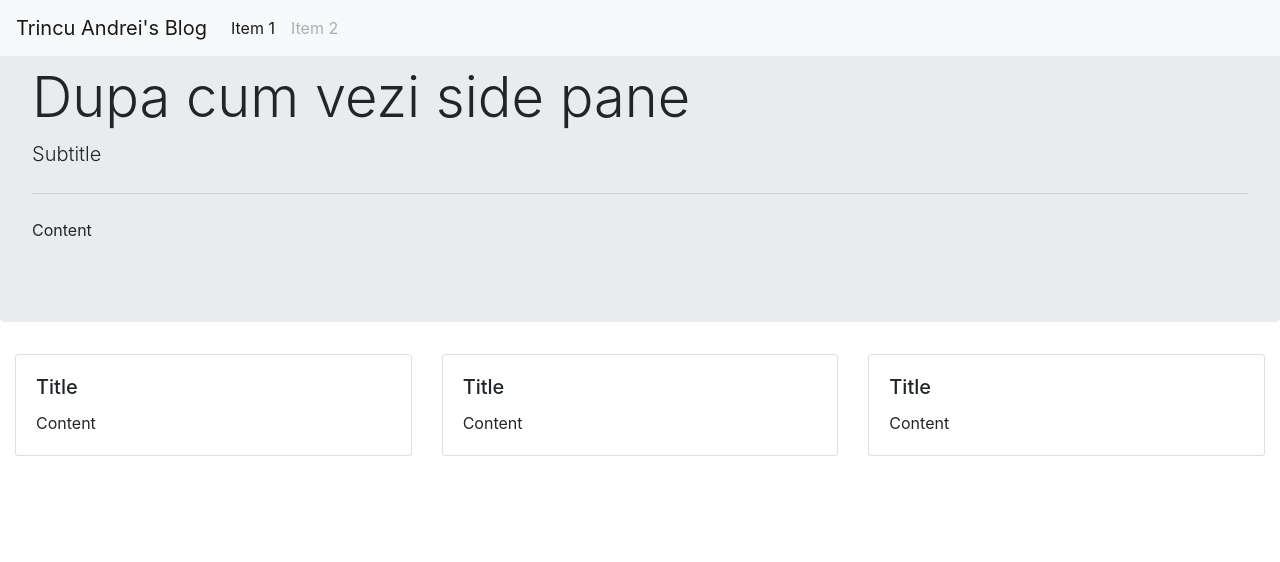
Repository: nicolasolo/bitesizecoding.space
Page: index.html
An editor plug-in stored every save of this project. The page is shown before and after the next save, followed by the edit.
The browser window is 1280 px wide. The pictures show the whole page.

Above is the page before, as saved 2020-04-09 17:04:07.

### index.html
<!DOCTYPE html>
<html lang="en">
<head>
    <meta charset="UTF-8">
    <meta name="viewport" content="width=device-width, initial-scale=1.0">
    <title>Trincu-Andrei</title>
    <link rel="stylesheet" href="https://stackpath.bootstrapcdn.com/bootstrap/4.4.1/css/bootstrap.min.css" integrity="sha384-Vkoo8x4CGsO3+Hhxv8T/Q5PaXtkKtu6ug5TOeNV6gBiFeWPGFN9MuhOf23Q9Ifjh" crossorigin="anonymous">

    <link rel="stylesheet" href="css/index.css">
</head>
<body>
<header>
<nav class="navbar navbar-expand-lg navbar-light bg-light fixed-top">
    <a class="navbar-brand">Trincu Andrei's Blog</a>
    <button class="navbar-toggler" data-target="#my-nav" data-toggle="collapse" aria-controls="my-nav" aria-expanded="false" aria-label="Toggle navigation">
        <span class="navbar-toggler-icon"></span>
    </button>
    <div id="my-nav" class="collapse navbar-collapse">
        <ul class="navbar-nav mr-auto">
            <li class="nav-item active">
                <a class="nav-link" href="#">Item 1 <span class="sr-only">(current)</span></a>
            </li>
            <li class="nav-item">
                <a class="nav-link disabled" href="#" tabindex="-1" aria-disabled="true">Item 2</a>
            </li>
        </ul>
    </div>
</nav>

</header>
<main>
    <div>
        <div class="jumbotron">
            <h1 class="display-4">Dupa cum vezi side pane</h1>
            <p class="lead">Subtitle</p>
            <hr class="my-4">
            <p>Content</p>
        </div>
    </div>
<div class="container-fluid">
    <div class="row">
<div class="col-4">
    <div class="card">
        <img class="card-img-top" src="" alt="">
        <div class="card-body">
            <h5 class="card-title">Title</h5>
            <p class="card-text">Content</p>
        </div>
        <img class="card-img-bottom" src="" alt="">
    </div>
</div>
<div class="col-4">
    <div class="card">
        <img class="card-img-top" src="" alt="">
        <div class="card-body">
            <h5 class="card-title">Title</h5>
            <p class="card-text">Content</p>
        </div>
        <img class="card-img-bottom" src="" alt="">
    </div>
</div>
<div class="col-4">
    <div class="card">
        <img class="card-img-top" src="" alt="">
        <div class="card-body">
            <h5 class="card-title">Title</h5>
            <p class="card-text">Content</p>
        </div>
        <img class="card-img-bottom" src="" alt="">
    </div>
</div>
    </div>

</div>
</main>




<script src="https://code.jquery.com/jquery-3.4.1.slim.min.js" integrity="sha384-J6qa4849blE2+poT4WnyKhv5vZF5SrPo0iEjwBvKU7imGFAV0wwj1yYfoRSJoZ+n" crossorigin="anonymous"></script>
<script src="https://cdn.jsdelivr.net/npm/popper.js@1.16.0/dist/umd/popper.min.js" integrity="sha384-Q6E9RHvbIyZFJoft+2mJbHaEWldlvI9IOYy5n3zV9zzTtmI3UksdQRVvoxMfooAo" crossorigin="anonymous"></script>
<script src="https://stackpath.bootstrapcdn.com/bootstrap/4.4.1/js/bootstrap.min.js" integrity="sha384-wfSDF2E50Y2D1uUdj0O3uMBJnjuUD4Ih7YwaYd1iqfktj0Uod8GCExl3Og8ifwB6" crossorigin="anonymous"></script>
    <script src="./js/custom.js"></script>
</body>
</html>

Loaded but not shown: css/index.css (no stored copy; drawn as an empty file); js/custom.js (no stored copy; drawn as an empty file)

After the next save:
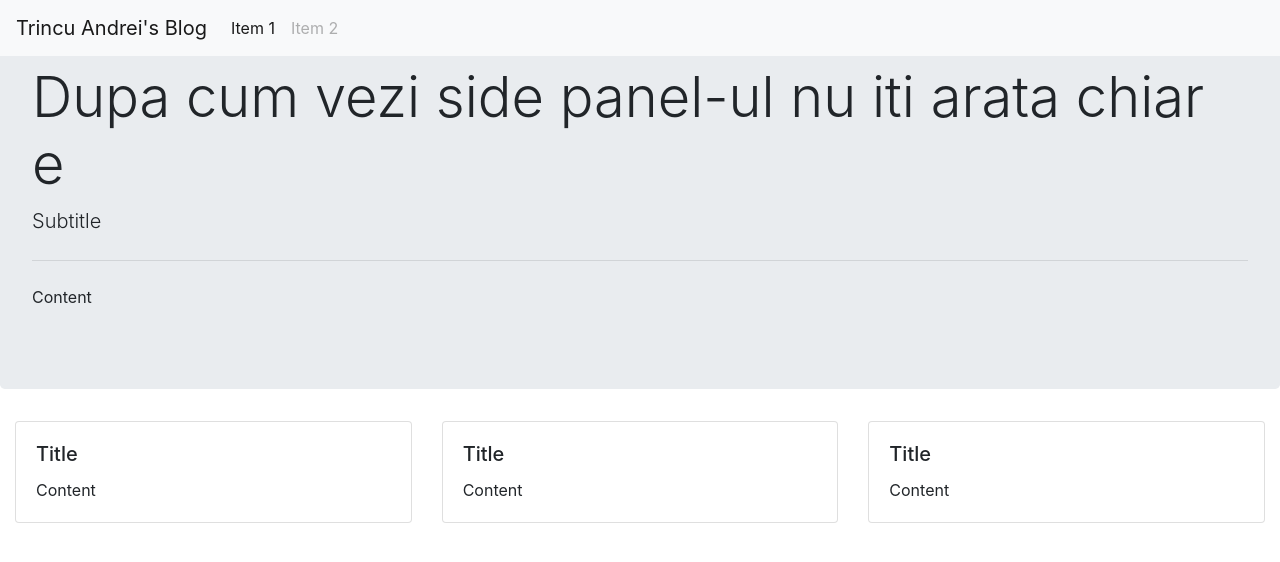
Saved 7 s later.
--- a/index.html
+++ b/index.html
@@ -31,7 +31,7 @@
 <main>
     <div>
         <div class="jumbotron">
-            <h1 class="display-4">Dupa cum vezi side pane</h1>
+            <h1 class="display-4">Dupa cum vezi side panel-ul nu iti arata chiar e</h1>
             <p class="lead">Subtitle</p>
             <hr class="my-4">
             <p>Content</p>
